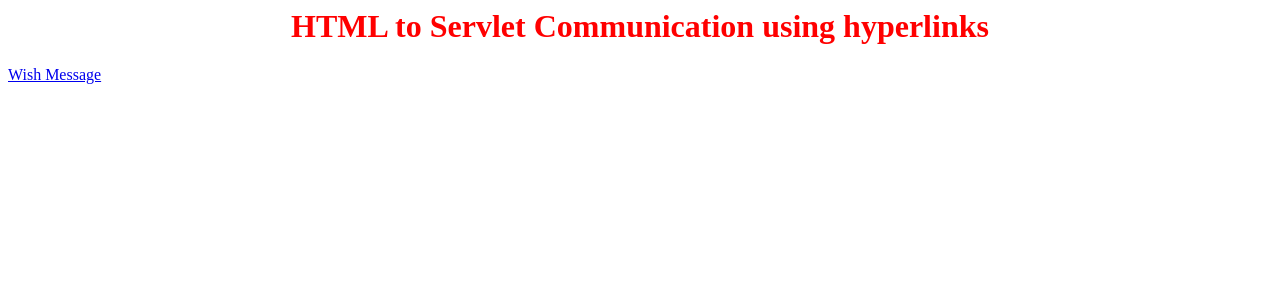
Repository: varunraj2297/AdvanceJavaWS
Page: AdvanceJavaWS/Proj-01-Html_to_Servlet_Communication_Using_Hyperlinks/WebContent/page.html
The author's editor kept a copy of each file at every save. The page is drawn from the files as they stood at one save, then again after the next save.
The browser window is 1280 px wide. The pictures show the whole page.

Above is the page before, as saved 2019-03-14 17:00:49.

### AdvanceJavaWS/Proj-01-Html_to_Servlet_Communication_Using_Hyperlinks/WebContent/page.html
<h1 style='color:red;text-align:center'>HTML to Servlet Communication using hyperlinks</h1>
<a href='/Proj-01-Html_to_Servlet_Communication_Using_Hyperlinks/wishurl'>Wish Message</a>

After the next save:
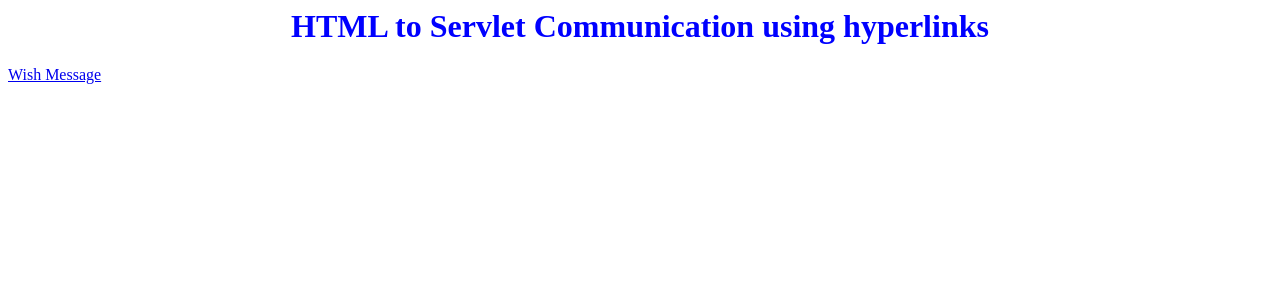
Saved 2 min 51 s later.
--- a/AdvanceJavaWS/Proj-01-Html_to_Servlet_Communication_Using_Hyperlinks/WebContent/page.html
+++ b/AdvanceJavaWS/Proj-01-Html_to_Servlet_Communication_Using_Hyperlinks/WebContent/page.html
@@ -1,2 +1,2 @@
-<h1 style='color:red;text-align:center'>HTML to Servlet Communication using hyperlinks</h1>
+<h1 style='color:blue;text-align:center'>HTML to Servlet Communication using hyperlinks</h1>
 <a href='/Proj-01-Html_to_Servlet_Communication_Using_Hyperlinks/wishurl'>Wish Message</a>
